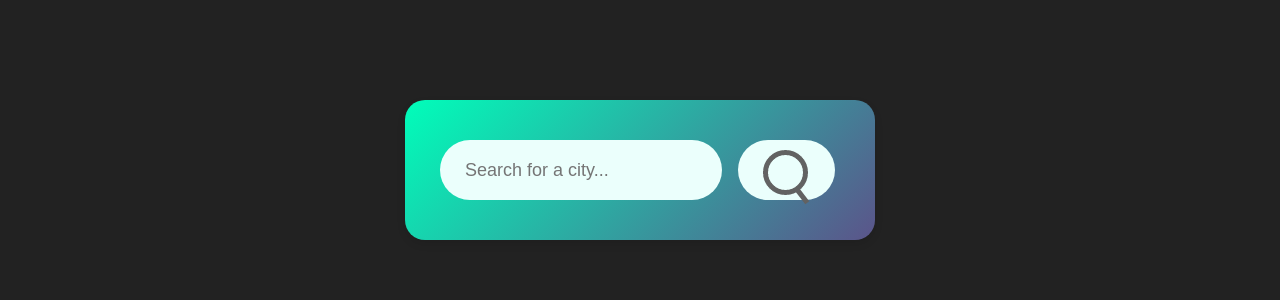
Repository: Abdelilah-Lakrim/Weather-App
Page: index.html
An editor plug-in stored every save of this project. The page is shown before and after a run of saves, followed by the edit.
The browser window is 1280 px wide. The pictures show the whole page.

Above is the page before, as saved 2025-06-17 11:08:02.

### index.html
<!DOCTYPE html>
<html>
<head>
    <meta charset="UTF-8" />
    <title>Weather App</title>
    <link rel="stylesheet" href="style.css" >
</head>
<body>

    <div class="card">
        <div class="search">
            <input type="text" placeholder="Search for a city..." spellcheck="false" />
            <button><img src="images/search.png"></button>
        </div>
    </div>

</body>
</html>

### style.css
*{
    margin: 0;
    padding: 0;
    font-family: 'Poppins', sans-serif;
    box-sizing: border-box;
}
body{
    background-color: #222;
    color: #333;
}
.card{
    width: 90%;
    max-width: 470px;
    background: linear-gradient(135deg, #00feba, #5b548a);
    color: #fff;
    margin: 100px auto  0;
    padding: 40px 35px;
    border-radius: 20px;
    box-shadow: 0 4px 8px rgba(0, 0, 0, 0.1);
    overflow: hidden;
    position: relative;
    text-align: center;
}
.search{
    width: 100%;
    display: flex;
    align-items: center;
    justify-content: space-between;
}

.search input{
    border: 0;
    outline: 0;
    background: #ebfffc;
    color: #333;
    padding: 10px 25px;
    height: 60px;
    border-radius: 30px;
    flex: 1;
    margin-right: 16px;
    font-size: 18px;
}

.search button{
    border: 0;
    outline: 0;
    background: #ebfffc;
    color: #333;
    padding: 10px 25px;
    height: 60px;
    border-radius: 50px;
    flex: 1;
    margin-right: 16px;
    font-size: 18px;
}

After the next 2 saves:
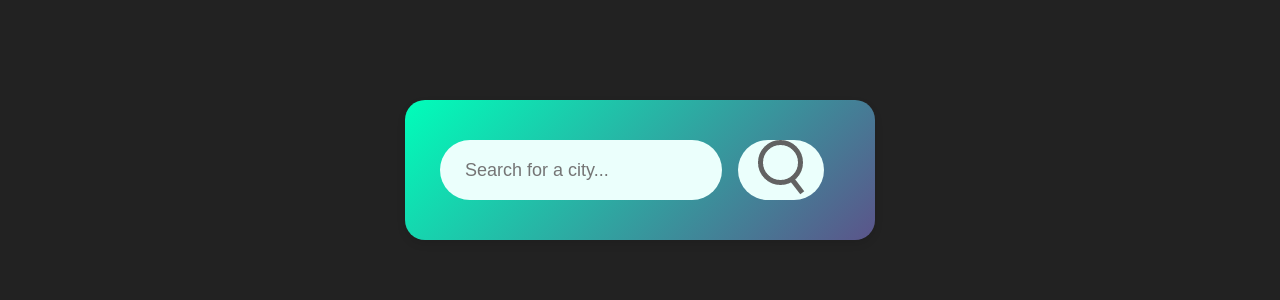
The 2 saves are shown as one change because they came seconds apart.
The last was saved 30 s later.
--- a/style.css
+++ b/style.css
@@ -45,8 +45,6 @@ body{
     border: 0;
     outline: 0;
     background: #ebfffc;
-    color: #333;
-    padding: 10px 25px;
     height: 60px;
     border-radius: 50px;
     flex: 1;
